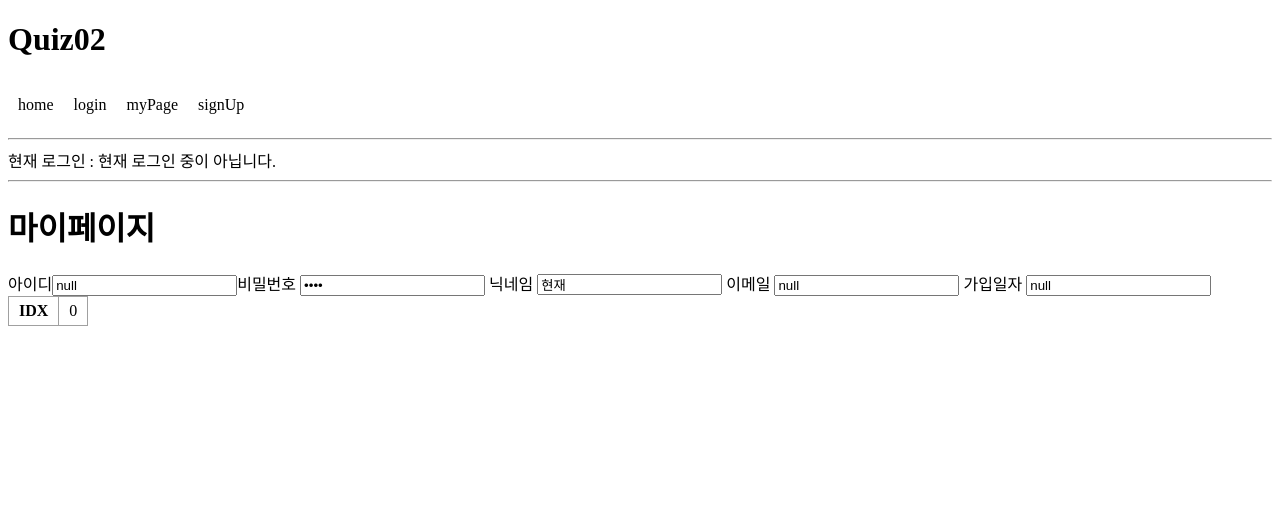
Repository: ChimmyWorld/JSP
Page: http://localhost/Day50/quiz2/myPage.jsp
An editor plug-in stored every save of this project. The page is shown before and after the next save, followed by the edit.
The browser window is 1280 px wide. The pictures show the whole page.
The page is served by Tomcat 9. Other server files are loaded and not shown.

Above is the page before, as saved 2023-09-21 00:01:20.

### Day50/WebContent/quiz2/myPage.jsp
<%@ page language="java" contentType="text/html; charset=UTF-8"
    pageEncoding="UTF-8"%>
<%@ include file="header.jsp"%>

<h1>마이페이지</h1>

<form action="modify.jsp" method="POST">
	<table class="accounts">
		<tr>
		 <th>IDX</th>
		 <td><%=user.getIdx() %></td>
		</tr>
		<label for="userid">아이디</label>
		<input id="userid" name="userid" value=<%=user.getUserid() %>>

		<lable for="userpw">비밀번호</label>
		<input id="userpw" type="password" name="userpw" value=<%=user.getUserpw() %>>

		<label for="nick">닉네임</label>
		<input id="nick" name="nick" value=<%=user.getNick() %>>

		<label for="email">이메일</label>
		<input id="email" name="email" value=<%=user.getEmail() %>>

		<label for="join_date">가입일자</label>
		<input id="join_date" name="join_date" value=<%=user.getJoin_date() %>>
	</table>
</form>


</body>
</html>

### Day50/WebContent/quiz2/header.jsp
<%@page import="beans.AccountVO"%>
<%@ page language="java" contentType="text/html; charset=UTF-8"
    pageEncoding="UTF-8"%>
<!DOCTYPE html>
<html>
<head>
<meta charset="UTF-8">
<title>header.jsp</title>

<link rel="stylesheet" href="../css/style.css">
</head>
<body>
	<jsp:useBean id="dao" class="model.AccountDAO"/>

	<%
		AccountVO user = (AccountVO)session.getAttribute("user");

		String login = "logout";
		String myPage = "myPage";

		if (user == null) {
			user = new AccountVO();
			user.setNick("현재 로그인 중이 아닙니다.");

			login = "login";
			myPage ="";
		}
	%>

	<h1><a href="home.jsp">Quiz02</a></h1>

	<nav>
		<ul class="menu">
			<li><a href="home.jsp">home</a></li>
			<li><a href="<%=login %>.jsp"><%=login %></a></li>
			<li><a href="myPage.jsp">myPage</a>
			<li><a href="signUp.jsp">signUp</a>
		</ul>
	</nav>

	<hr>
	<div>현재 로그인 : <%=user.getNick() %></div>
	<hr>

</body>
</html>

### Day50/src/model/DAO.java
package model;

import java.sql.Connection;
import java.sql.PreparedStatement;
import java.sql.ResultSet;
import java.sql.SQLException;
import java.sql.Statement;

import javax.naming.Context;
import javax.naming.InitialContext;
import javax.naming.NamingException;
import javax.sql.DataSource;

public class DAO {
	protected Context ct;
	protected DataSource ds;

	protected Connection conn;
	protected Statement stmt;
	protected PreparedStatement pstmt;
	protected ResultSet rs;

	public DAO() {
		try {
			ct = new InitialContext();
			ds = (DataSource) ct.lookup("java:comp/env/jdbc/oracle");



		} catch (NamingException e) {
			System.err.println("생성자 예외" + e.getMessage());
		} finally {
			close();
		}

	}

	protected void close() {
		try {
			if (rs != null) rs.close();
			if (pstmt != null) pstmt.close();
			if (stmt != null) stmt.close();
			if (conn != null) conn.close();

		} catch (Exception e) {}
	}

	public String test() {
		String sql = "select banner from v$version";
		try {
			conn = ds.getConnection();
			stmt = conn.createStatement();
			rs = stmt.executeQuery(sql);

			rs.next();

			return rs.getString("banner");

		} catch (SQLException e) {
			System.err.println("test 예외 :" + e.getMessage());
		} finally {
			close();
		}

		return null;
	}
}

### Day50/src/model/AccountDAO.java
package model;

import java.sql.ResultSet;
import java.sql.SQLException;
import java.util.ArrayList;
import java.util.List;

import beans.AccountVO;

public class AccountDAO extends DAO{

	private AccountVO mapper(ResultSet rs) throws SQLException{
		AccountVO row = new AccountVO();

		row.setEmail(rs.getString("email"));
		row.setIdx(rs.getInt("idx"));
		row.setJoin_date(rs.getDate("join_date"));
		row.setNick(rs.getString("nick"));
		row.setUserid(rs.getString("userid"));
		row.setUserpw(rs.getString("userpw"));

		return row;
	}

	public List<AccountVO> selectAll(){
		String sql = "select * from account";

		try {
			conn = ds.getConnection();
			stmt = conn.createStatement();
			rs = stmt.executeQuery(sql);

			List<AccountVO> list = new ArrayList<>();

			while (rs.next()) {
				AccountVO row = mapper(rs);
				list.add(row);
			}

			return list;
		} catch(SQLException e) {
			System.err.println("selectAll 예외" + e.getMessage());
		} finally {
			close();
		}
		return null;
	}

	public AccountVO selectOne(AccountVO input) {
		String sql = "select * "
				+ "from account where "
				+ "userid = ? "
				+ "and userpw = ?";

		try {
			conn = ds.getConnection();
			pstmt = conn.prepareStatement(sql);

			pstmt.setString(1, input.getUserid());
			pstmt.setString(2, input.getUserpw());

			rs = pstmt.executeQuery();
			rs.next();

			AccountVO row = mapper(rs);

			return row;
		} catch (SQLException e) {
			System.err.println("selectOne 예외 " + e.getMessage());
		} finally {
			close();
		}
		return null;
	}

}

### Day50/src/beans/AccountVO.java
package beans;
/*
 IDX       NOT NULL NUMBER
USERID    NOT NULL VARCHAR2(20)
USERPW    NOT NULL VARCHAR2(20)
NICK      NOT NULL VARCHAR2(100)
EMAIL     NOT NULL VARCHAR2(100)
JOIN_DATE          DATE
 */

import java.sql.Date;

public class AccountVO {
	private int idx;
	private String userid;
	private String userpw;
	private String nick;
	private String Email;
	private Date join_date;
	public int getIdx() {
		return idx;
	}
	public void setIdx(int idx) {
		this.idx = idx;
	}
	public String getUserid() {
		return userid;
	}
	public void setUserid(String userid) {
		this.userid = userid;
	}
	public String getUserpw() {
		return userpw;
	}
	public void setUserpw(String userpw) {
		this.userpw = userpw;
	}
	public String getNick() {
		return nick;
	}
	public void setNick(String nick) {
		this.nick = nick;
	}
	public String getEmail() {
		return Email;
	}
	public void setEmail(String email) {
		Email = email;
	}
	public Date getJoin_date() {
		return join_date;
	}
	public void setJoin_date(Date join_date) {
		this.join_date = join_date;
	}





}

### Day50/WebContent/css/style.css
@charset "UTF-8";
a{
	color: inherit;
	text-decoration: none;
}
a:hover{
	text-decoration: underline;
}
nav {
	display: flex;
	justify-content: space-between;
}
.menu {
	list-style: none;
	padding: 0;
	display: flex;
}
.menu > li {
	margin: 0 10px;
}
.accounts{
	border-collapse: collapse;
}
.accounts th, .accounts td {
	border: 1px solid #a0a0a0;
	padding: 5px 10px;
}

After the next save:
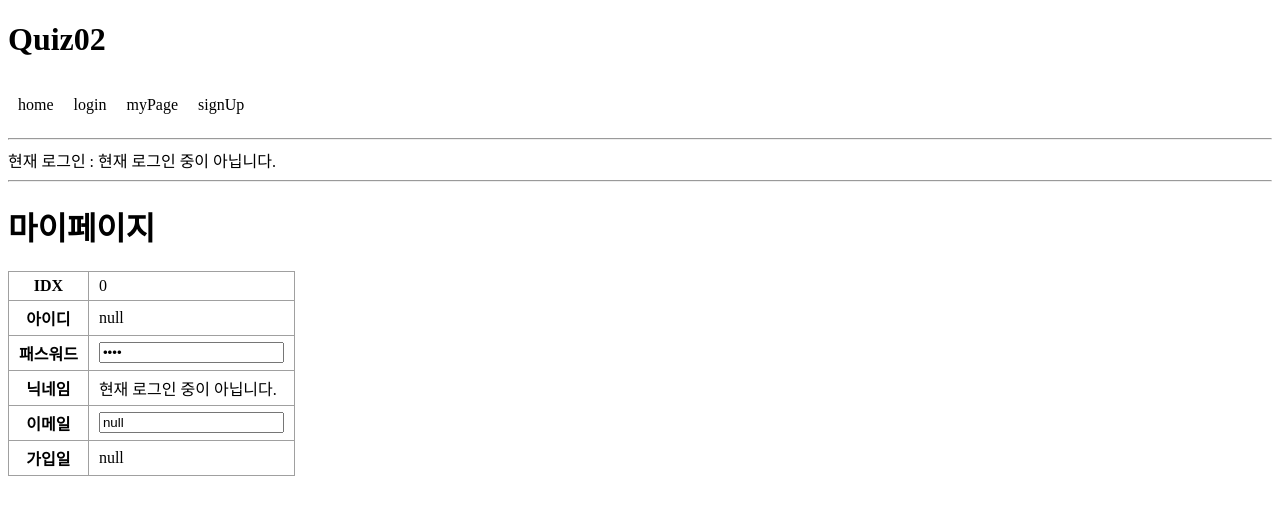
Saved 2 min 15 s later.
--- a/Day50/WebContent/quiz2/myPage.jsp
+++ b/Day50/WebContent/quiz2/myPage.jsp
@@ -7,23 +7,29 @@
 <form action="modify.jsp" method="POST">
 	<table class="accounts">
 		<tr>
-		 <th>IDX</th>
-		 <td><%=user.getIdx() %></td>
+			 <th>IDX</th>
+			 <td><%=user.getIdx() %></td>
 		</tr>
-		<label for="userid">아이디</label>
-		<input id="userid" name="userid" value=<%=user.getUserid() %>>
-
-		<lable for="userpw">비밀번호</label>
-		<input id="userpw" type="password" name="userpw" value=<%=user.getUserpw() %>>
-
-		<label for="nick">닉네임</label>
-		<input id="nick" name="nick" value=<%=user.getNick() %>>
-
-		<label for="email">이메일</label>
-		<input id="email" name="email" value=<%=user.getEmail() %>>
-
-		<label for="join_date">가입일자</label>
-		<input id="join_date" name="join_date" value=<%=user.getJoin_date() %>>
+		<tr>
+			<th>아이디</th>
+			<td><%=user.getUserid() %></td>
+		</tr>
+		<tr>
+			<th>패스워드</th>
+			<td>		<input id="userpw" type="password" name="userpw" value=<%=user.getUserpw() %>></td>
+		</tr>
+		<tr>
+			<th>닉네임</th>
+			<td><%=user.getNick() %></td>
+		</tr>
+		<tr>
+			<th>이메일</th>
+			<td><input id="email" name="email" value=<%=user.getEmail() %>></td>
+		</tr>
+		<tr>
+			<th>가입일</th>
+			<td><%=user.getEmail() %></td>
+		</tr>
 	</table>
 </form>
 
